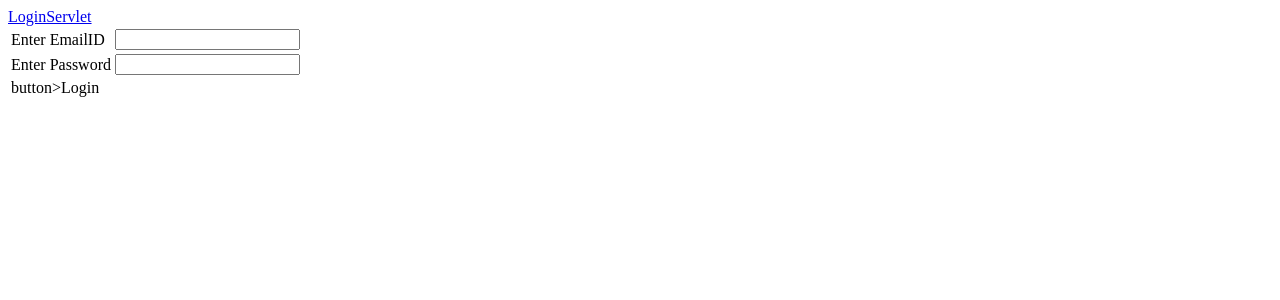
Repository: Praveenbelle08/Advance-JAVA
Page: workspace2/EmpWebApp/WebContent/Login.html
The author's editor kept a copy of each file at every save. The page is drawn from the files as they stood at one save, then again after the next save.
The browser window is 1280 px wide. The pictures show the whole page.

Above is the page before, as saved 2024-01-03 12:50:45.

After the next save:
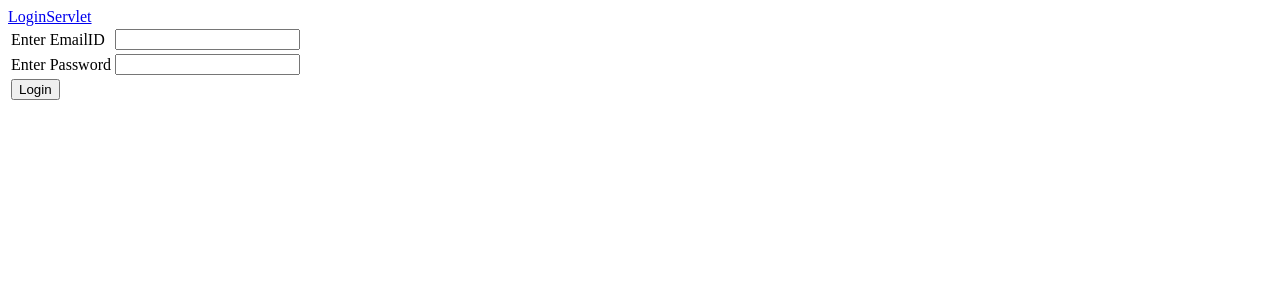
Saved 37 s later.
--- a/workspace2/EmpWebApp/WebContent/Login.html
+++ b/workspace2/EmpWebApp/WebContent/Login.html
@@ -17,7 +17,7 @@
 </tr>
 <a href = "LoginServlet"/>LoginServlet</a>
 <tr>
-<td>button>Login</button><td>
+<td><button>Login</button><td>
 </tr>
 </table>
 </body>
